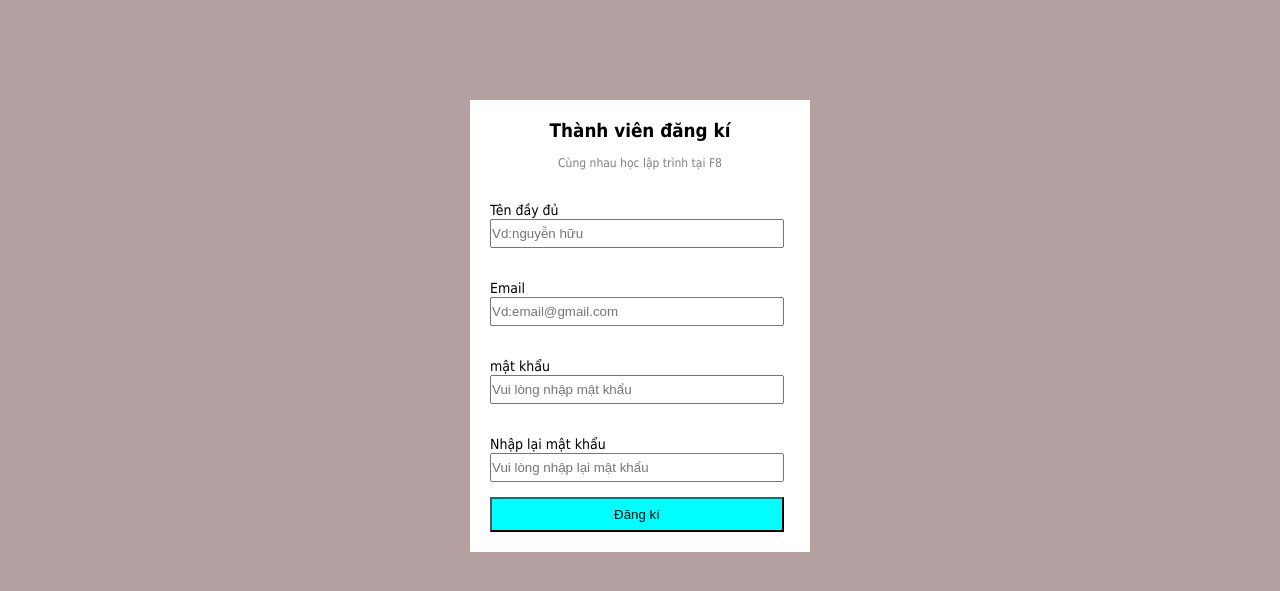
Repository: HuunvDev/Validator
Page: index.html
An editor plug-in stored every save of this project. The page is shown before and after the next save, followed by the edit.
The browser window is 1280 px wide. The pictures show the whole page.

Above is the page before, as saved 2022-08-20 09:29:33.

After the next save:
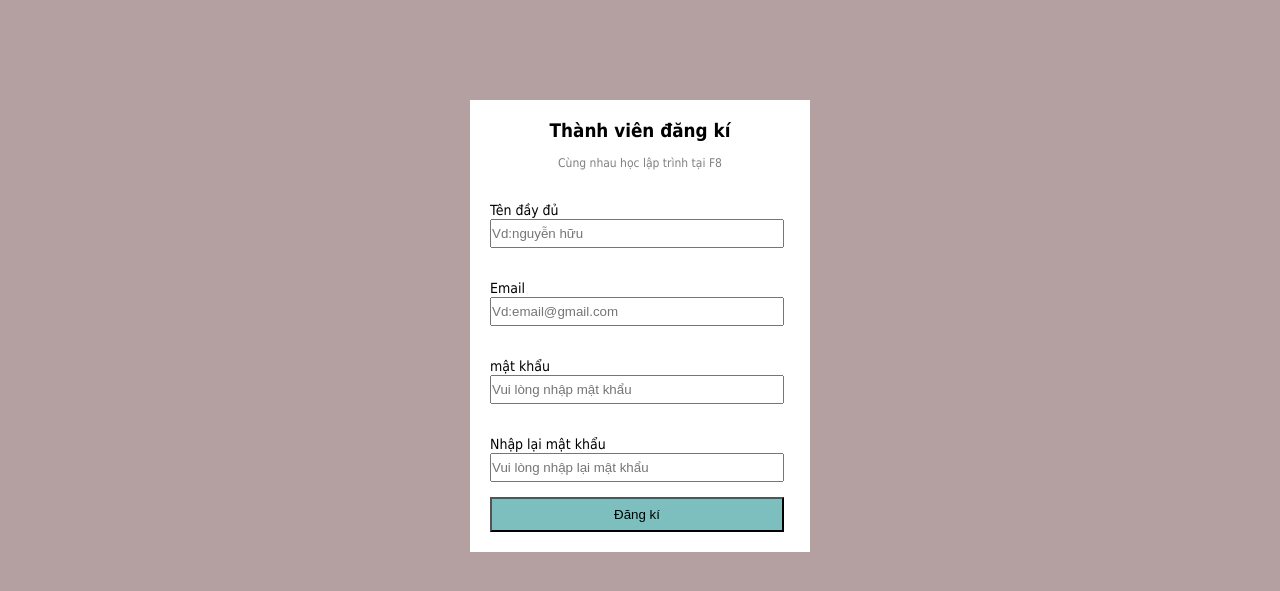
Saved 6 s later.
--- a/style.css
+++ b/style.css
@@ -39,5 +39,5 @@ input {
 button{
     padding:8px 0;
     width:294px;
-    background-color: aqua;
+    background-color: rgb(125, 191, 191);
 }
